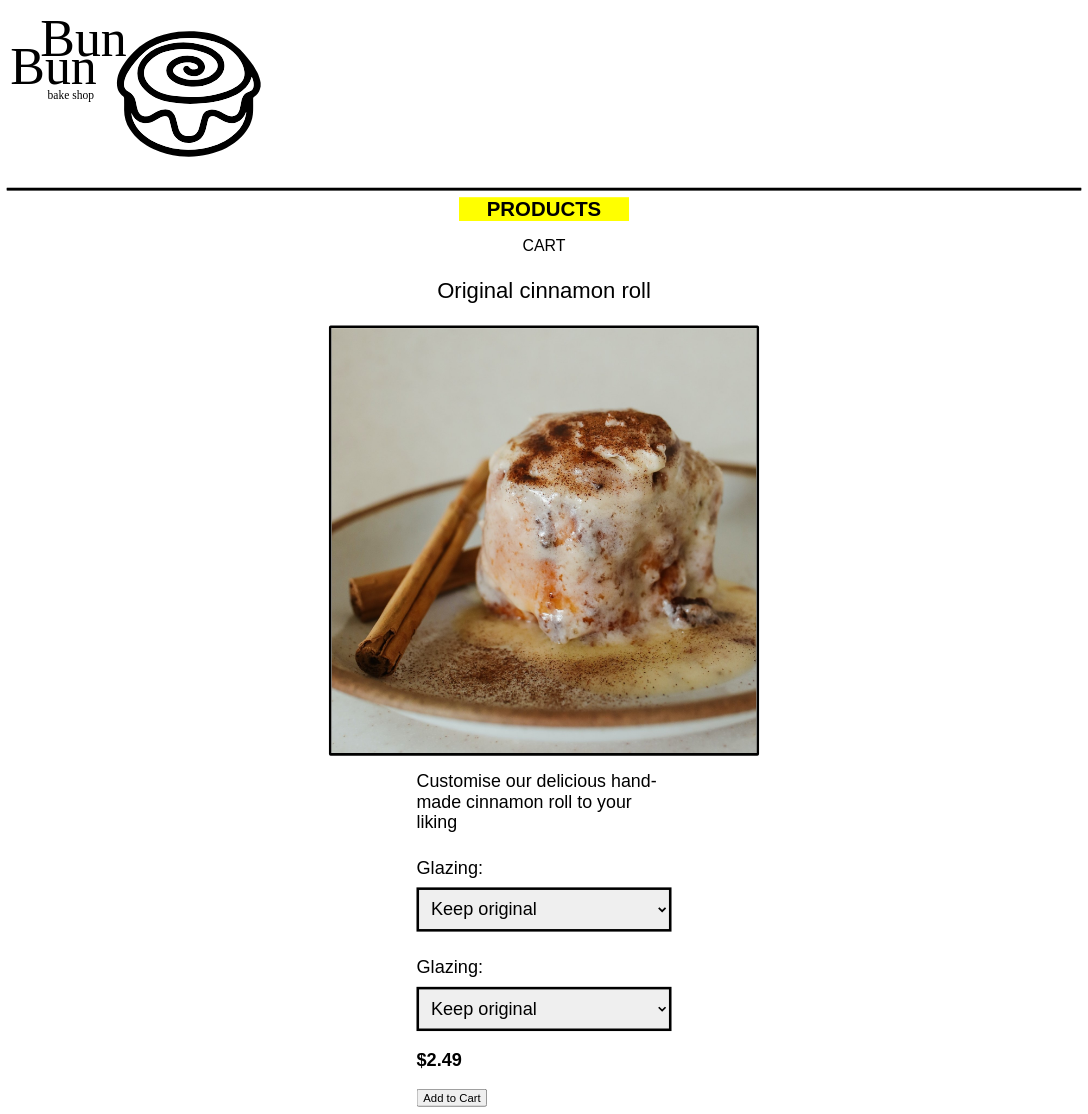
Repository: alicianghm/pui-hw
Page: solution-hw1/HW1-Detail.html
The author's editor kept a copy of each file at every save. The page is drawn from the files as they stood at one save, then again after the next save.
The browser window is 1280 px wide. The pictures show the whole page, at 85% of full size.

Above is the page before, as saved 2022-09-08 10:17:56.

After the next save:
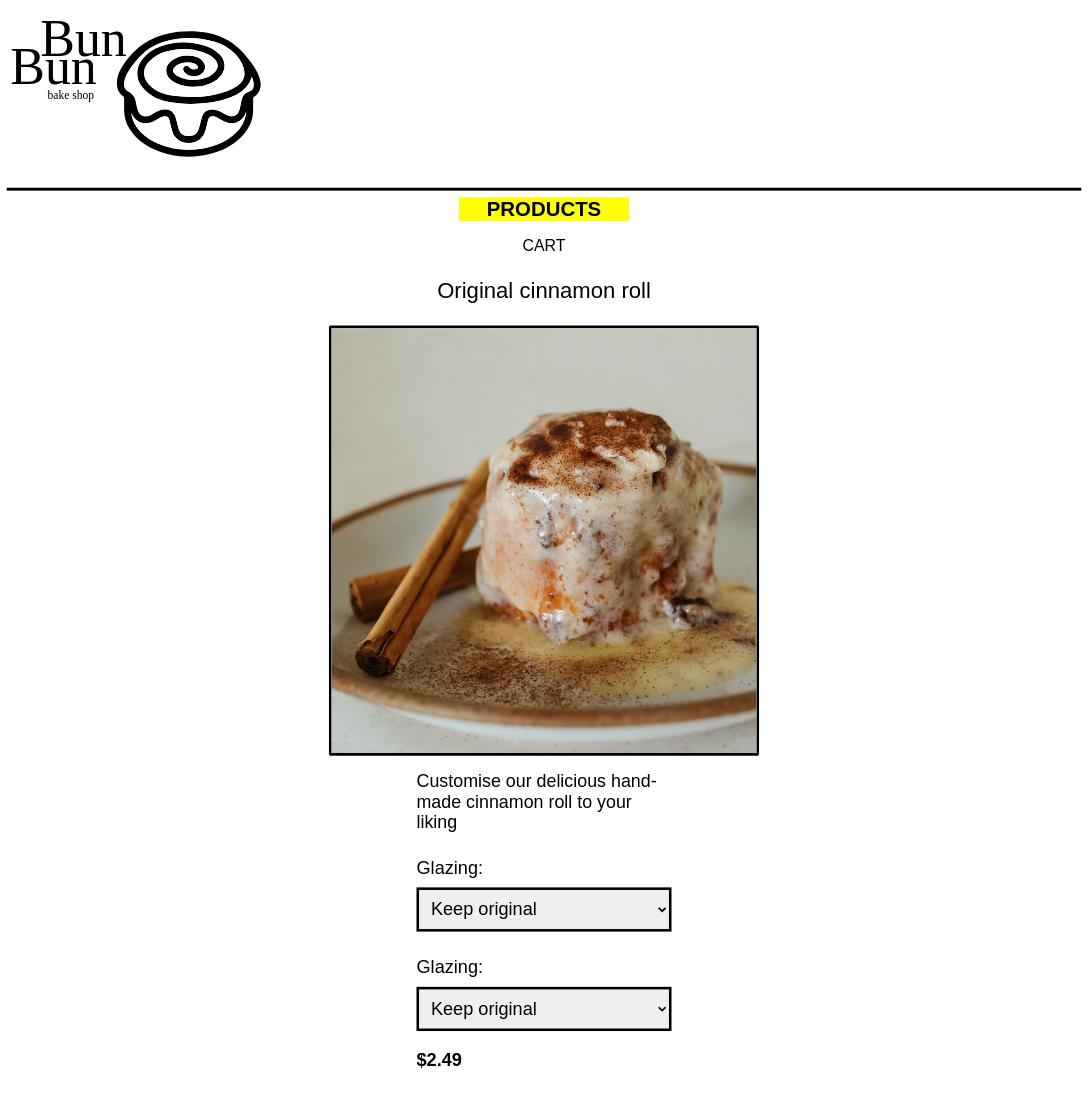
Saved 62 s later.
--- a/solution-hw1/HW1-Detail.html
+++ b/solution-hw1/HW1-Detail.html
@@ -41,11 +41,7 @@
         <div class="detailSummary">
           <div class="totalPrice">
             <p>$2.49</p>
-          <span>
-            <div class="addCart">
-              <button>Add to Cart</button>
-            </div>
-          </span>
+          <div class="addCart"></div>
           </div>
         </div>
 

After the save that followed:
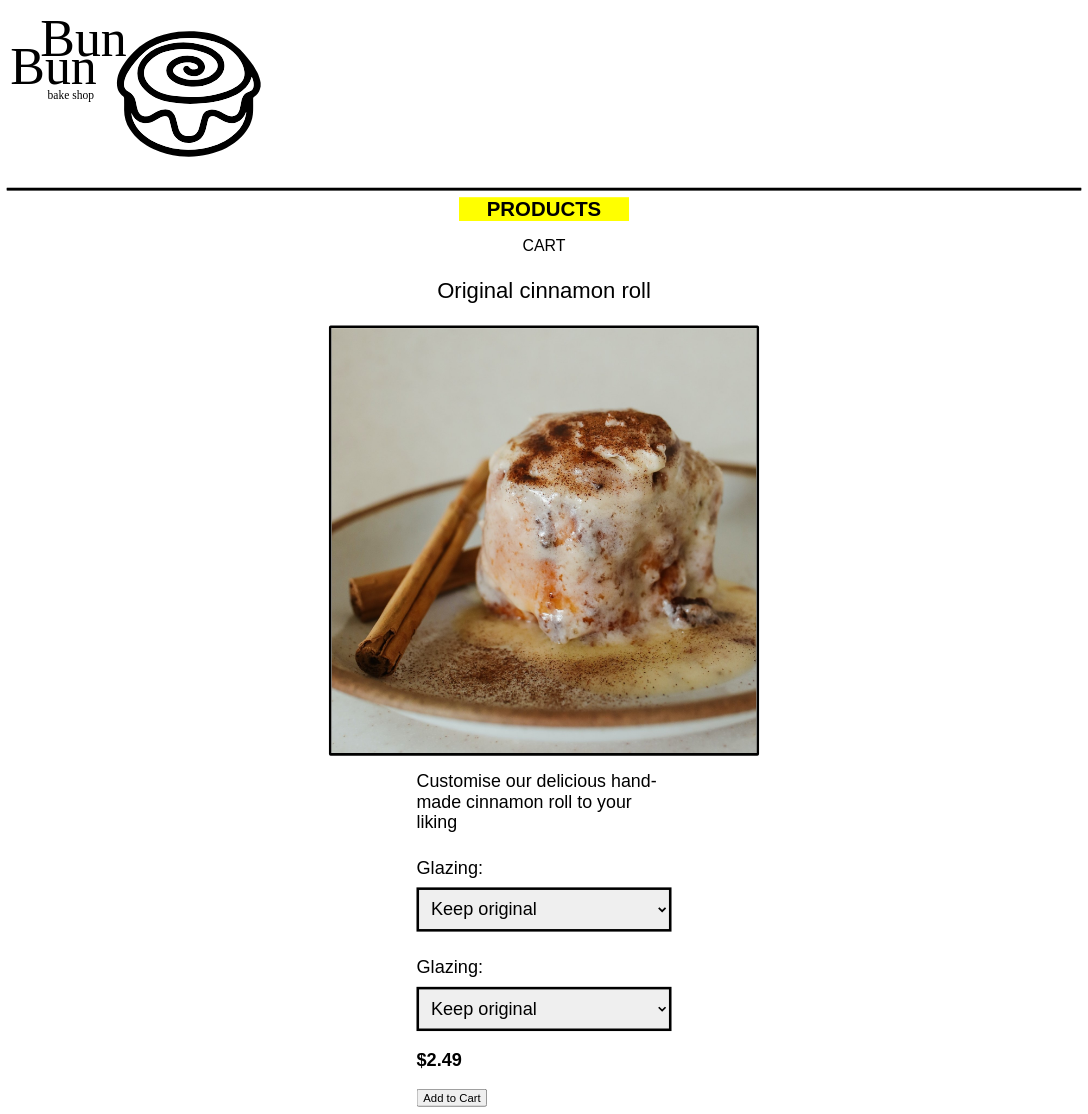
Saved 64 s later.
--- a/solution-hw1/HW1-Detail.html
+++ b/solution-hw1/HW1-Detail.html
@@ -41,7 +41,7 @@
         <div class="detailSummary">
           <div class="totalPrice">
             <p>$2.49</p>
-          <div class="addCart"></div>
+            <button class="addCart">Add to Cart</button>
           </div>
         </div>
 
